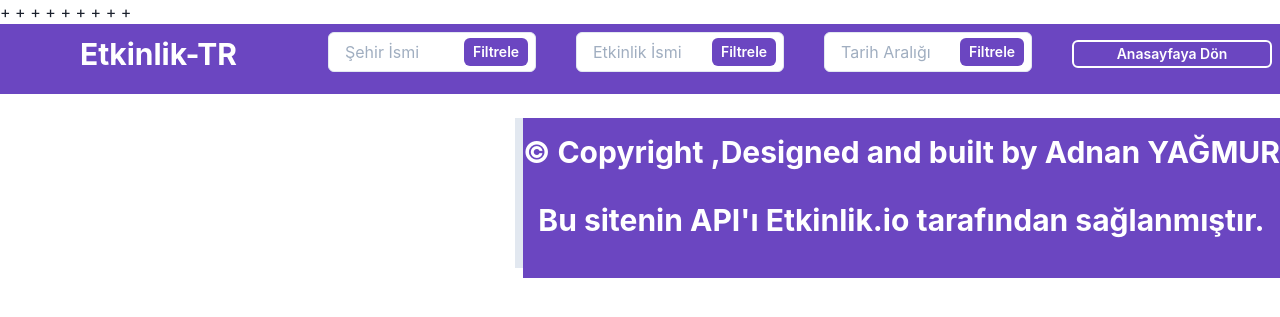
Repository: adnanyagmur/EtsTur-FrontEnd-Hiring-Challange
Page: /detailPage
The author's editor kept a copy of each file at every save. The page is drawn from the files as they stood at one save, then again after the next save.
The browser window is 1280 px wide. The pictures show the whole page.
The project was rebuilt for these pictures with package versions that can differ from the ones it lists, and the page was loaded fresh each time. Also part of the build but not shown: src/index.css, src/components/eventList/EventList.jsx, src/components/hompage/HomePage.jsx, src/pastApi/json.js, src/components/pastEventList/PastList.jsx.

Above is the page before, as saved 2022-06-21 21:49:19.

### src/index.js
import React from 'react';
import ReactDOM from 'react-dom/client';
import './index.css';
import App from './App';
import {BrowserRouter} from "react-router-dom";
import { ChakraProvider, theme } from '@chakra-ui/react'



const root = ReactDOM.createRoot(document.getElementById('root'));
root.render(
  <React.StrictMode>
    <BrowserRouter>
    <ChakraProvider theme={theme}>
    <App />
    </ChakraProvider>
    </BrowserRouter>
  </React.StrictMode>
);

### src/App.js

import { Route, Routes } from "react-router-dom";
import DetailPage from "./components/detailPage/DetailPage";
import HomePage from "./components/hompage/HomePage";
import PastList from "./components/pastEventList/PastList"





function App() {

  return (
    <div>

    <Routes>
      <Route path="/" element={<HomePage></HomePage>}></Route>
      <Route path="/detailPage" element={<DetailPage></DetailPage>}></Route>

      /gecmisEtkinlikler

      <Route path="/gecmisEtkinlikler" element={<PastList></PastList>}></Route>

    </Routes>

    </div>

  );
}

export default App;

### src/components/detailPage/DetailPage.jsx


import { Grid, Box, GridItem, Text, SimpleGrid, Input, InputGroup, Button, InputRightElement } from '@chakra-ui/react';
import { useNavigate } from 'react-router-dom';


const DetailPage= ()=> {



    const name = localStorage.getItem("name");
    const image = localStorage.getItem("image");
    const category = localStorage.getItem("category");
    const description = localStorage.getItem("description");
    const price = localStorage.getItem("price");
    const basTarih =  localStorage.getItem("basTarih");
    const bitistarihi = localStorage.getItem("bitistarihi");
    const venue= localStorage.getItem("venue");
    const ticketLink = localStorage.getItem("ticketLink");
    const address = localStorage.getItem("address");
    const district=  localStorage.getItem("district");


    const navigation = useNavigate();
    const handleClick = () => {
        navigation("/")
    }


    return(
        <div>
     {name}  +  {image} + {category} + {description} + {price} + {basTarih}  +{bitistarihi}

     {venue }  + {ticketLink}  + {address} + {district}


     <Grid
          templateAreas={`"header header"
                  "nav main"
                  "nav footer"`}
          gridTemplateRows={'70px 1fr 150px'}
          gridTemplateColumns={'1fr'}
          h='200px'
          gap='1'
          color='blackAlpha.700'
          fontWeight='bold'
        >
          <GridItem pt='2' pl='80px' bg='purple.600' color='white' area={'header'}>
            <SimpleGrid columns={[null, 5]} spacing='40px'>
              <Text as='span' fontSize='3xl' >Etkinlik-TR</Text>
              <InputGroup as='span' size='md'>
                <Input
                  pr='4.5rem'
                  bg='white'
                  color='black'
                  placeholder='Şehir İsmi'
                />
                <InputRightElement width='4.5rem'>
                  <Button bg='purple.600' mr='2' h='1.75rem' size='sm' /* onClick={handleClick} */>
                    Filtrele
                  </Button>
                </InputRightElement>
              </InputGroup>
              <InputGroup as='span' size='md'>
                <Input
                  pr='4.5rem'
                  bg='white'
                  color='black'
                  placeholder='Etkinlik İsmi'
                />
                <InputRightElement width='4.5rem'>
                  <Button bg='purple.600' mr='2' h='1.75rem' size='sm' /* onClick={handleClick} */>
                    Filtrele
                  </Button>
                </InputRightElement>
              </InputGroup>
              <InputGroup as='span' size='md'>
                <Input
                  pr='4.5rem'
                  bg='white'
                  color='black'
                  placeholder='Tarih Aralığı'
                />
                <InputRightElement width='4.5rem'>
                  <Button bg='purple.600' mr='2' h='1.75rem' size='sm' /* onClick={handleClick} */>
                    Filtrele
                  </Button>
                </InputRightElement>
              </InputGroup>
              <Button bg='purple.600' mr='2' h='1.75rem' size='sm' mt="2" border='2px' borderColor='white' onClick={handleClick} >
               Anasayfaya Dön
              </Button>
            </SimpleGrid>


          </GridItem>

          <GridItem pl='6' pt='4' pr='6' bg='white' area={'main'} >

            <SimpleGrid columns={[1, null, 2, 3, 4, 5]} spacing='40px'>




            </SimpleGrid>
          </GridItem>
          <GridItem pl='2' bg='gray.200' area={'footer'}>
            <SimpleGrid columns={1} color='white' >
              <Box pt='3' bg='purple.600' textAlign="center" height='80px'> <Text fontSize='3xl' >© Copyright ,Designed and built by Adnan YAĞMUR</Text></Box>
              <Box bg='purple.600' textAlign="center" height='80px'><Text fontSize='3xl' >Bu sitenin API'ı <a href='https://etkinlik.io/'>Etkinlik.io</a> tarafından sağlanmıştır.</Text></Box>
            </SimpleGrid>
          </GridItem>
        </Grid>


        </div>
    )
}

export default DetailPage;

Loaded but not shown: public/index.html (common file)

After the next save:
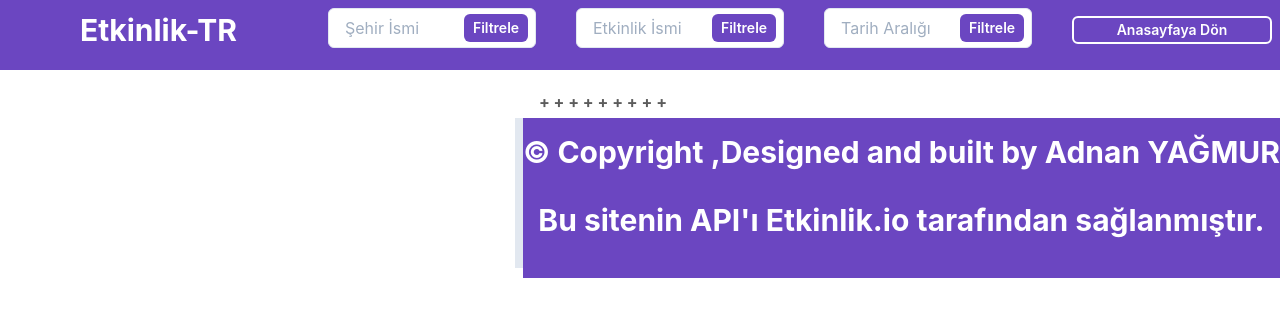
Saved 29 s later.
--- a/src/components/detailPage/DetailPage.jsx
+++ b/src/components/detailPage/DetailPage.jsx
@@ -29,9 +29,7 @@ const DetailPage= ()=> {
 
     return(
         <div>
-     {name}  +  {image} + {category} + {description} + {price} + {basTarih}  +{bitistarihi}
 
-     {venue }  + {ticketLink}  + {address} + {district}
 
 
      <Grid
@@ -99,7 +97,9 @@ const DetailPage= ()=> {
 
             <SimpleGrid columns={[1, null, 2, 3, 4, 5]} spacing='40px'>
 
+            {name}  +  {image} + {category} + {description} + {price} + {basTarih}  +{bitistarihi}
 
+{venue }  + {ticketLink}  + {address} + {district}
 
 
             </SimpleGrid>
